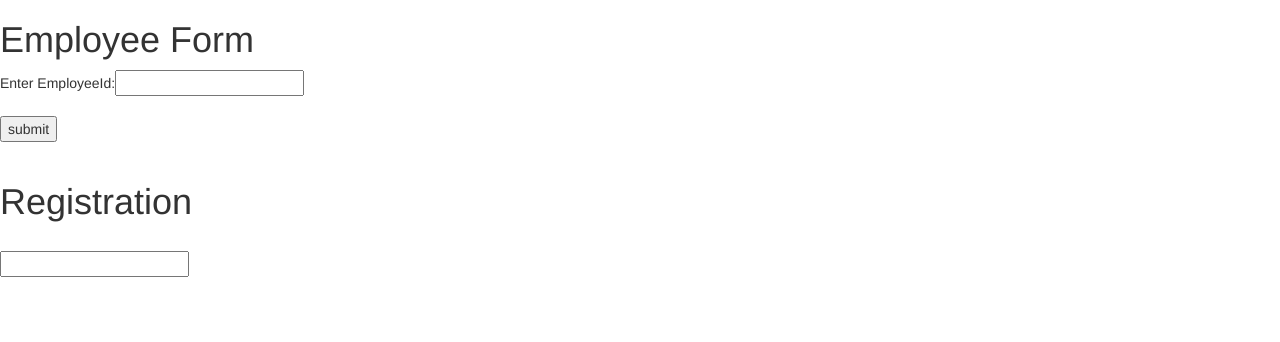
Repository: Mayank-yadav/All-Practise-Codes
Page: http://localhost/jspcrud/
The author's editor kept a copy of each file at every save. The page is drawn from the files as they stood at one save, then again after the next save.
The browser window is 1280 px wide. The pictures show the whole page.
Some web libraries are served in a nearby version. The page is served by Tomcat 9.

Above is the page before, as saved 2015-11-30 10:32:08.

After the next save:
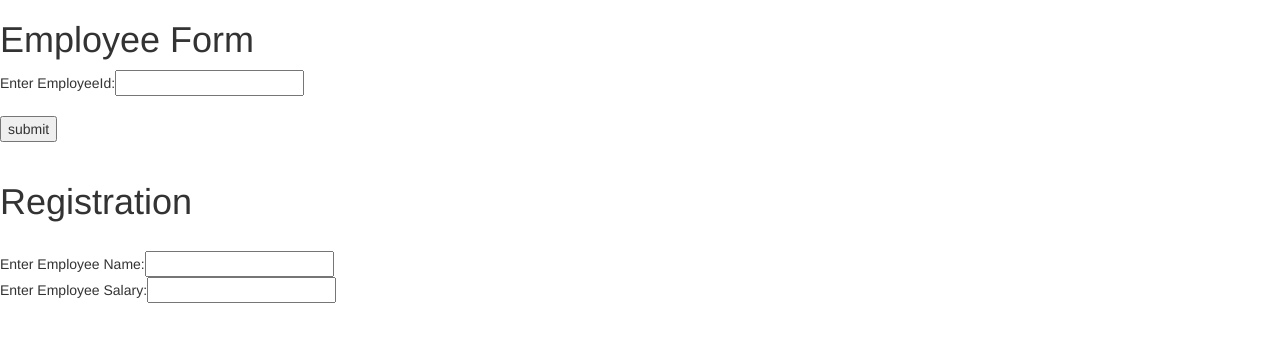
Saved 83 s later.
--- a/jsp_workspace/jspcrud/WebContent/index.jsp
+++ b/jsp_workspace/jspcrud/WebContent/index.jsp
@@ -19,8 +19,9 @@
 	<h1>Registration</h1>
 	<br />
 		<form action="EmployeeServlet?action=registration" method="get">
-				<input type="text" name="name"/>
-
+				Enter Employee Name:<input type="text" name="name"/>
+				<br/>
+				Enter Employee Salary:<input type="text" name="salary">
 		</form>
 
 
